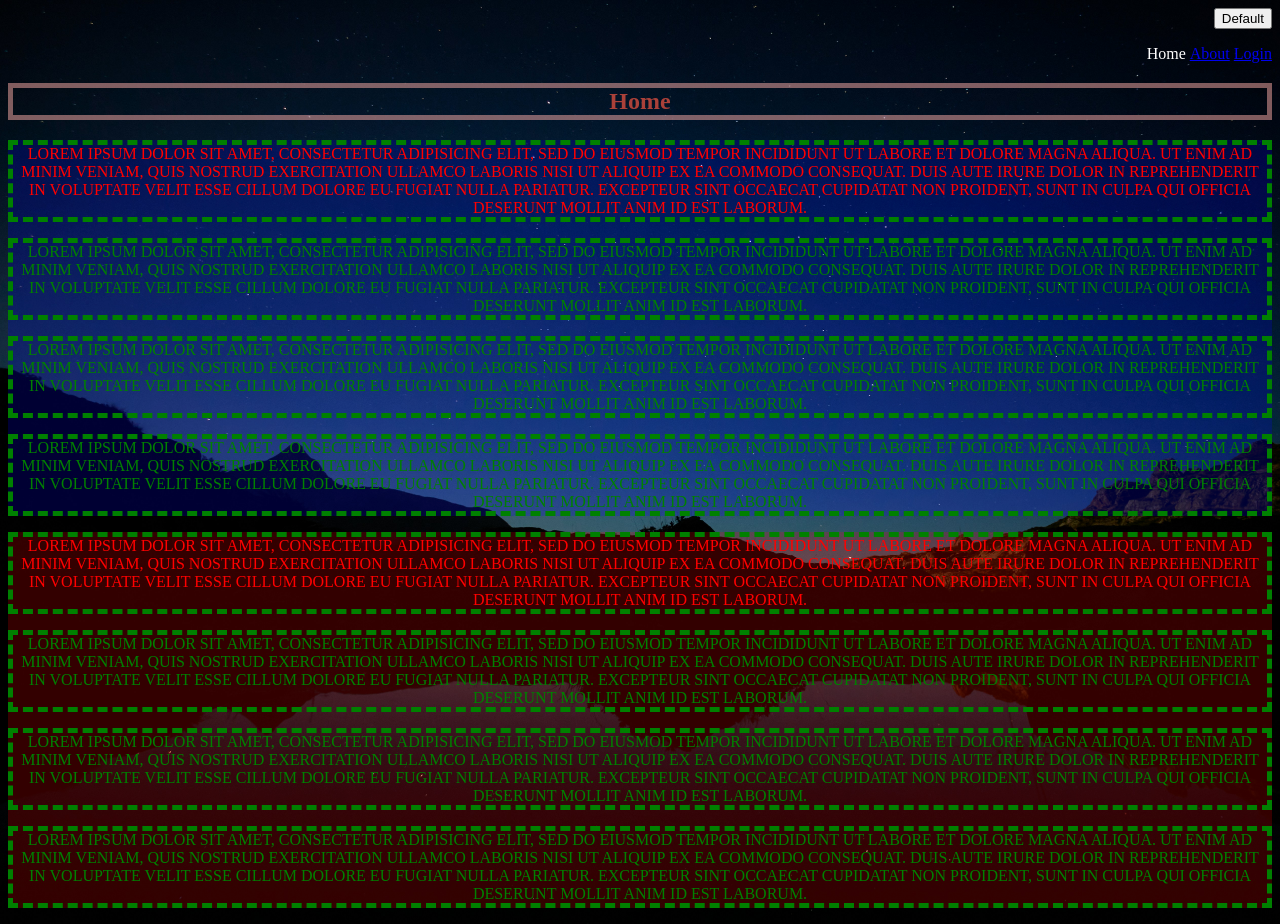
Repository: rileymeye1/ZTM
Page: project_files/index.html
An editor plug-in stored every save of this project. The page is shown before and after the next save, followed by the edit.
The browser window is 1280 px wide. The pictures show the whole page.

Above is the page before, as saved 2024-08-19 17:12:17.

After the next save:
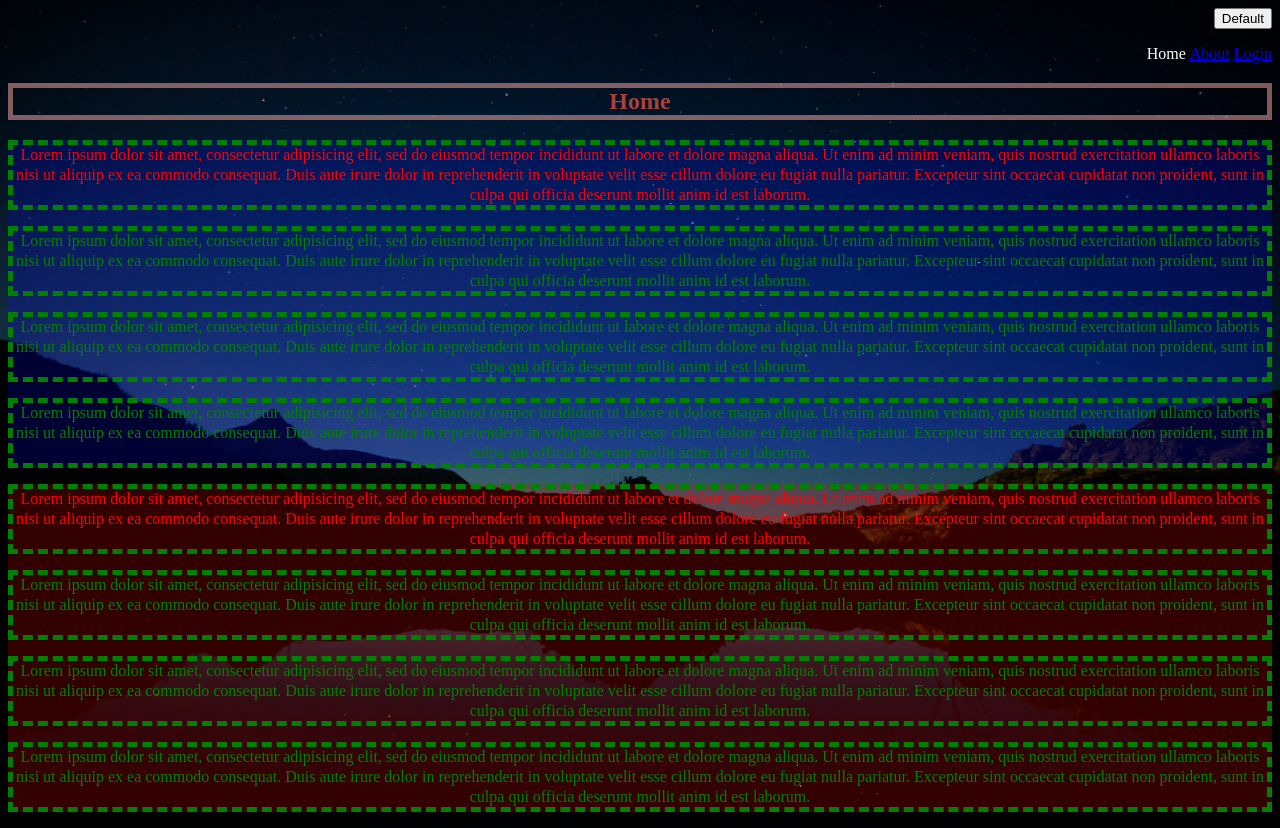
Saved 17 s later.
--- a/project_files/style.css
+++ b/project_files/style.css
@@ -20,7 +20,7 @@
 
 p {
   color: pink;
-  text-transform: uppercase;
+  line-height: 20px;
 }
 
 p {
